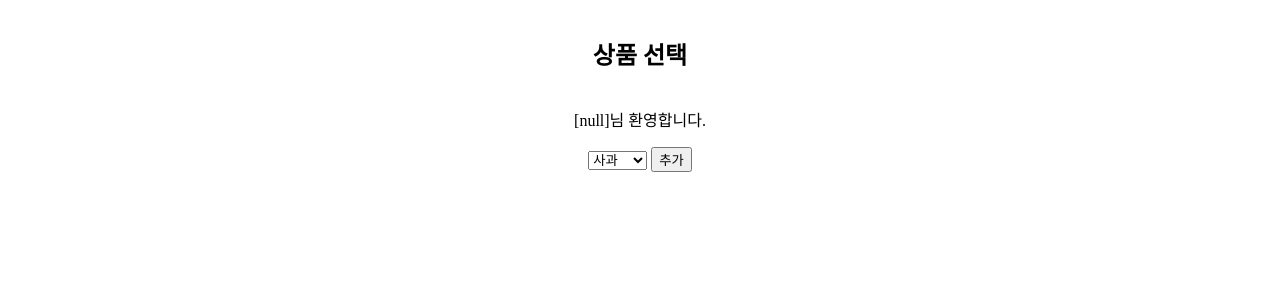
Repository: Leesuhwan1445/jspworks
Page: http://localhost/jweb01/cart/selProduct.jsp
An editor plug-in stored every save of this project. The page is shown before and after the next save, followed by the edit.
The browser window is 1280 px wide. The pictures show the whole page.
The page is served by Tomcat 10.

Above is the page before, as saved 2025-10-13 03:59:22.

After the next save:
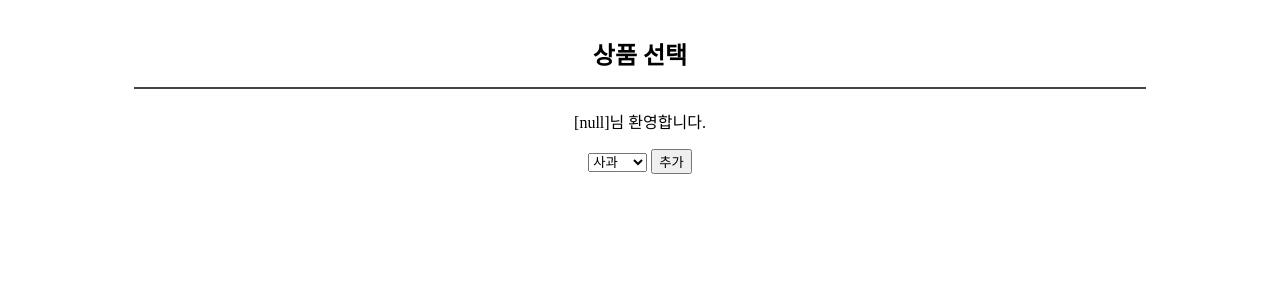
Saved 10 s later.
--- a/jweb01/src/main/webapp/cart/selProduct.jsp
+++ b/jweb01/src/main/webapp/cart/selProduct.jsp
@@ -7,7 +7,7 @@
 <title>Insert title here</title>
 <style>
 #container{width: 80%; margin: 0 auto; text-align: center;}
-h2{border-botton: 2px solid #444; padding: 16px;}
+h2{border-bottom: 2px solid #444; padding: 16px;}
 </style>
 </head>
 <%
